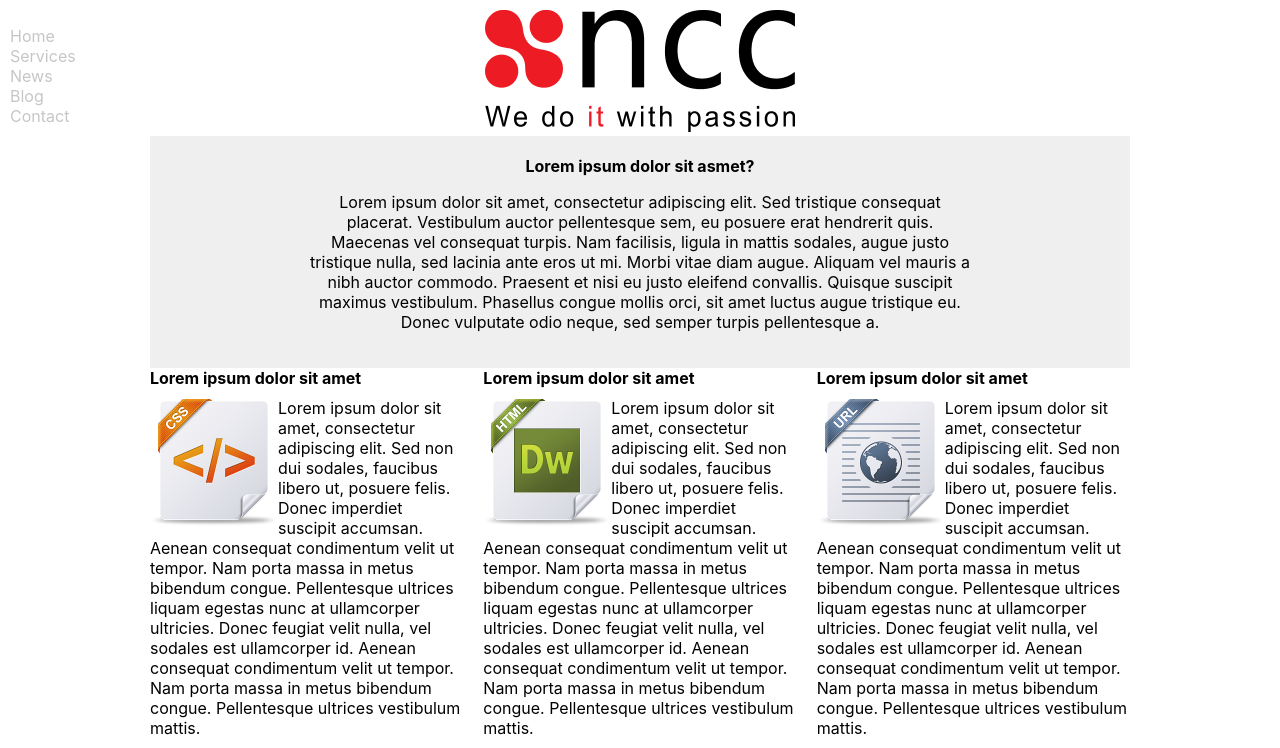
Repository: nganha241/testt
Page: /
The author's editor kept a copy of each file at every save. The page is drawn from the files as they stood at one save, then again after the next save.
The browser window is 1280 px wide. The pictures show the whole page.
The project was rebuilt for these pictures with package versions that can differ from the ones it lists, and the page was loaded fresh each time.

Above is the page before, as saved 2023-02-28 11:30:14.

### src/App.js
import React from "react";
import Home from "./pages/Home";
import Navbar from "./pages/Navbar/Navbar";

export const App = () => {
  return (
    <div>
      <Navbar />
      <Home />
    </div>
  );
};

export default App;

### src/pages/Home.jsx
import logo from "./logoNCC.png";
import "./home.css";
import Card from "./home-card/Card";
import htmlic from "./html-icon.png";
import urlic from "./url-icon.png";
import cssic from "./css-icon.png";
const Home = () => {
  return (
    <section className="home">
      <div className="home-title">
        <img src={logo} alt="" />
      </div>
      <div className="home-content">
        <div className="content-title">Lorem ipsum dolor sit asmet?</div>
        <p>
          Lorem ipsum dolor sit amet, consectetur adipiscing elit. Sed tristique
          consequat placerat. Vestibulum auctor pellentesque sem, eu posuere
          erat hendrerit quis. Maecenas vel consequat turpis. Nam facilisis,
          ligula in mattis sodales, augue justo tristique nulla, sed lacinia
          ante eros ut mi. Morbi vitae diam augue. Aliquam vel mauris a nibh
          auctor commodo. Praesent et nisi eu justo eleifend convallis. Quisque
          suscipit maximus vestibulum. Phasellus congue mollis orci, sit amet
          luctus augue tristique eu. Donec vulputate odio neque, sed semper
          turpis pellentesque a.
        </p>
      </div>
      <div className="home-card">
        <Card icon={cssic} />
        <Card icon={htmlic} />
        <Card icon={urlic} />
      </div>
    </section>
  );
};

export default Home;

### src/pages/Navbar/Navbar.jsx
import React from "react";
import "./Navbar.css";

const Navbar = () => {
  return (
    <div className="nav">
      <ul className="nav-content">
        <li>Home</li>
        <li>Services</li>
        <li>News</li>
        <li>Blog</li>
        <li>Contact</li>
      </ul>
    </div>
  );
};

export default Navbar;

### src/pages/home.css
.home {
  margin: 0 auto;
  padding: 10px 150px;
}
.home-title {
  text-align: center;
}
.home-content {
  text-align: center;
  background: #efefef;
  padding: 20px 160px;
  font-size: 16px;
}
.content-title {
  font-weight: bold;
}
.home-card {
  display: flex;
  gap: 20px;
}

### src/pages/home-card/Card.jsx
import React from "react";

import "./Card.css";

const Card = (props) => {
  const { icon } = props;
  return (
    <div className="card">
      <div className="card-title">Lorem ipsum dolor sit amet</div>
      <div className="card-content">
        <img src={icon} alt="" />
        <span className="card-text">
          Lorem ipsum dolor sit amet, consectetur adipiscing elit. Sed non dui
          sodales, faucibus libero ut, posuere felis. Donec imperdiet suscipit
          accumsan. Aenean consequat condimentum velit ut tempor. Nam porta
          massa in metus bibendum congue. Pellentesque ultrices liquam egestas
          nunc at ullamcorper ultricies. Donec feugiat velit nulla, vel sodales
          est ullamcorper id. Aenean consequat condimentum velit ut tempor. Nam
          porta massa in metus bibendum congue. Pellentesque ultrices vestibulum
          mattis.
        </span>
      </div>
    </div>
  );
};

export default Card;

### src/pages/Navbar/Navbar.css
.nav {
  position: fixed;
  left: 0;
  height: 100%;
  background: ##191718;
}
.nav-content {
  padding: 10px;
  color: #aaaa;
}
.nav-content li {
  list-style-type: none;
}

### src/pages/home-card/Card.css
.card-title {
  font-weight: bold;
  margin-bottom: 10px;
}
/* .card-content {
  display: flex;
} */
.card-content img {
  width: 128px;
  height: 128px;
  object-fit: cover;
  float: left;
}

.card-text {
  margin-top: 10px;
  text-align: left;
  font-size: 16px;
}

Loaded but not shown: public/index.html (common file); src/index.js (common file); src/index.css (common file)

After the next save:
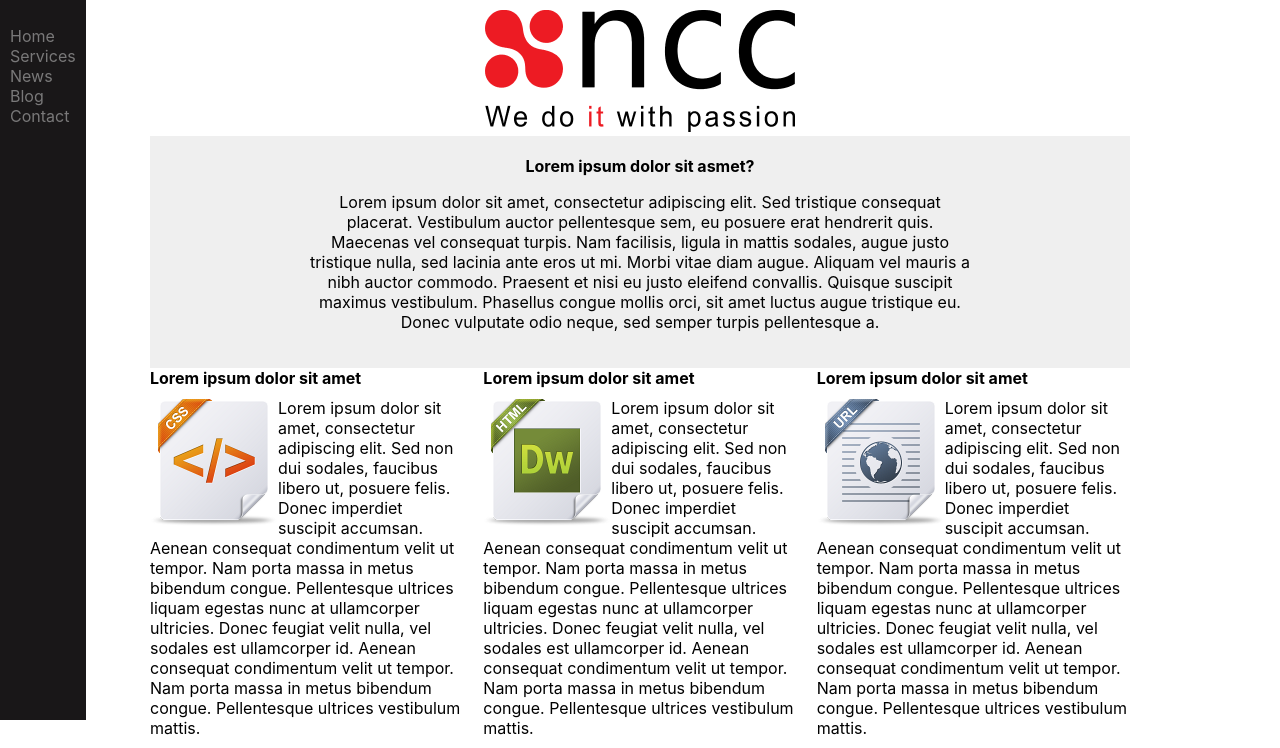
Saved 4 s later.
--- a/src/pages/Navbar/Navbar.css
+++ b/src/pages/Navbar/Navbar.css
@@ -2,7 +2,7 @@
   position: fixed;
   left: 0;
   height: 100%;
-  background: ##191718;
+  background: #191718;
 }
 .nav-content {
   padding: 10px;
